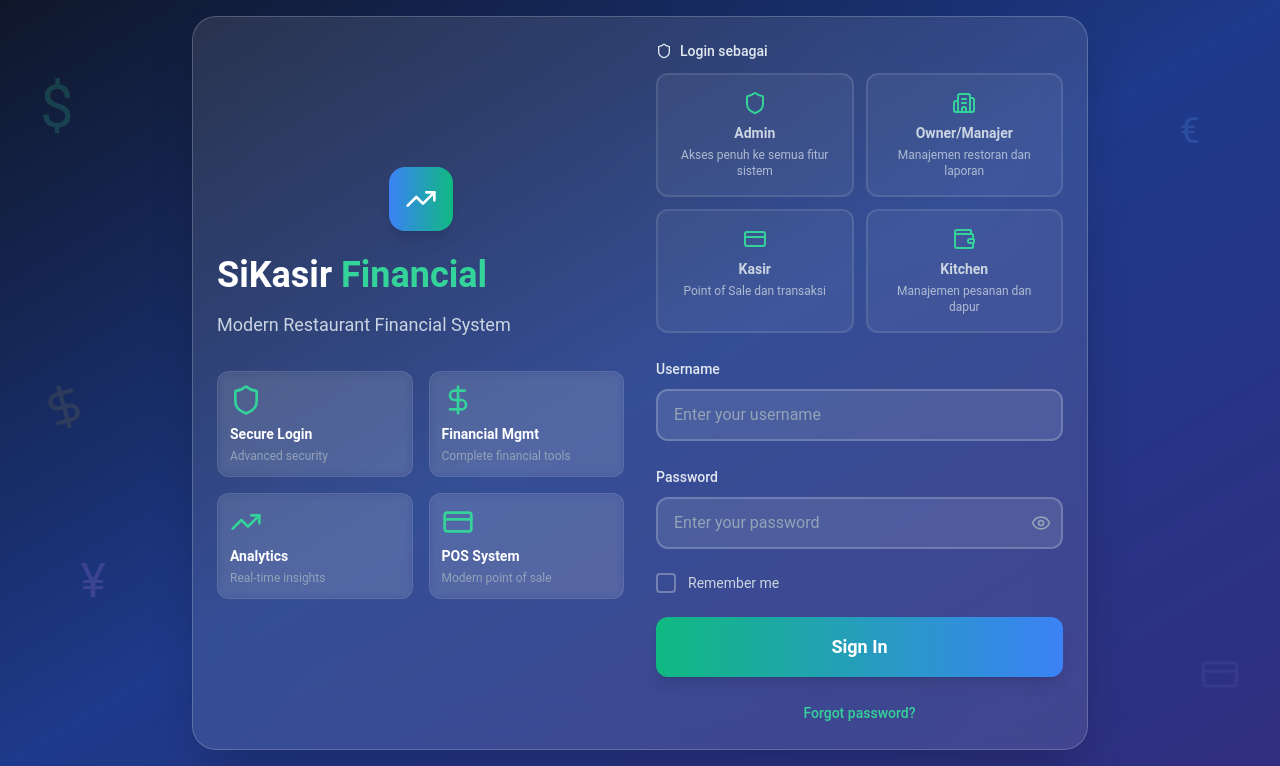
Repository: luthfirf17/SiKasir
Page: / (app in frontend/)
An editor plug-in stored every save of this project. The page is shown before and after the next save, followed by the edit.
The browser window is 1280 px wide. The pictures show the whole page.
The page's requests for data from a server got no answer. The project was rebuilt for these pictures with package versions that can differ from the ones it lists, and the page was loaded fresh each time. No one was signed in, and anything a server would have sent is missing. Also part of the build but not shown: frontend/src/modules/admin/config/navigationConfig.ts, frontend/src/modules/admin/components/ModernAdminNavigation.tsx, frontend/src/modules/admin/components/AdminNavbar.tsx, frontend/src/modules/admin/layouts/AdminLayout.tsx, frontend/src/modules/admin/pages/DashboardPage.tsx, frontend/src/services/MenuService.ts, frontend/src/utils/menuDataConverter.ts, frontend/src/hooks/useMenuData.ts and 19 more.

Above is the page before, as saved 2025-09-25 17:29:50.

After the next save:
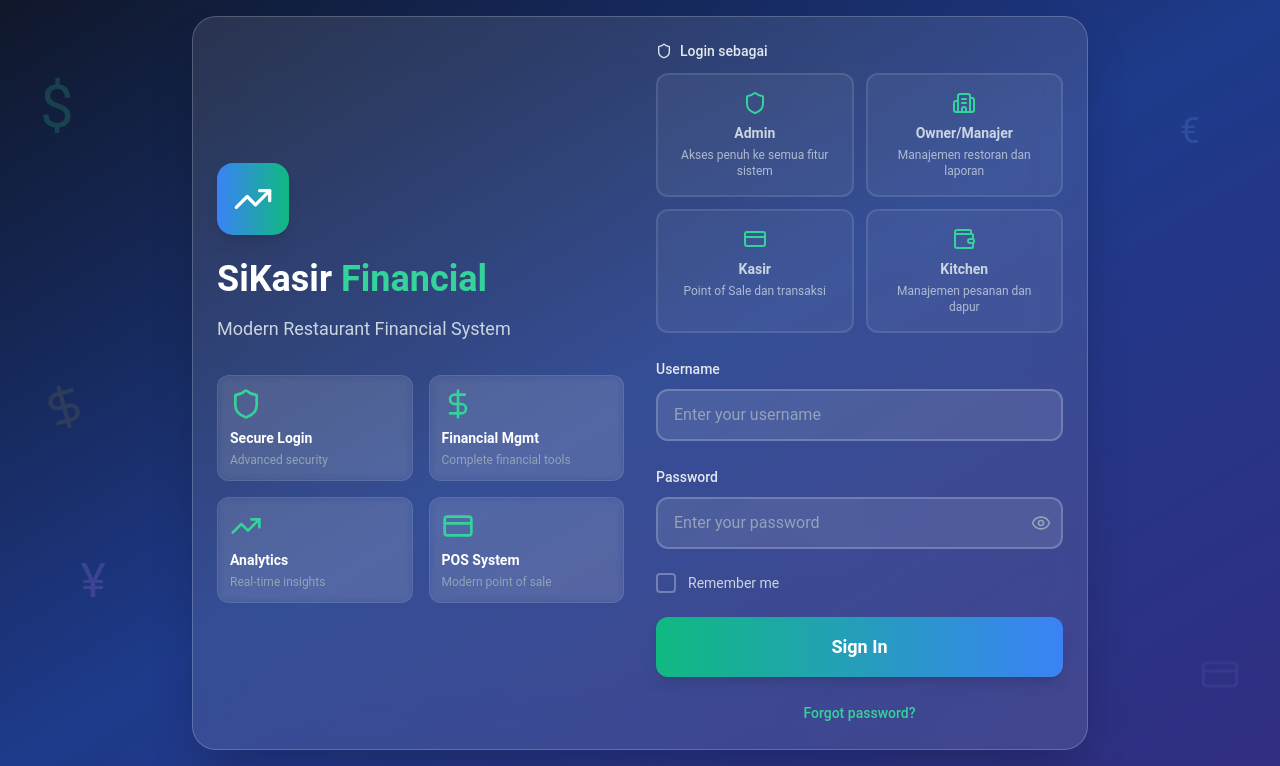
Saved 30 s later.
--- a/frontend/src/pages/LoginPage.tsx
+++ b/frontend/src/pages/LoginPage.tsx
@@ -199,9 +199,9 @@ const LoginPage = () => {
             {/* Left Side - Branding & Features */}
             <div className="space-y-8">
               <div className="text-center lg:text-left">
-                <div className="flex justify-center items-center gap-4 mb-6">
-                  <div className="p-4 bg-gradient-to-r from-blue-500 to-emerald-500 rounded-2xl shadow-lg transform hover:scale-110 transition-transform duration-300 mx-auto">
-                    <TrendingUp className="h-8 w-8 text-white" />
+                <div className="flex justify-center lg:justify-start mb-6">
+                  <div className="p-4 bg-gradient-to-r from-blue-500 to-emerald-500 rounded-2xl shadow-lg transform hover:scale-110 transition-transform duration-300">
+                    <TrendingUp className="h-10 w-10 text-white" />
                   </div>
                 </div>
                 <h1 className="text-3xl lg:text-4xl font-bold text-white mb-4">
@@ -281,14 +281,14 @@ const LoginPage = () => {
         <div className="absolute top-0 left-0 w-full h-2 bg-gradient-to-r from-blue-400 via-emerald-400 to-purple-400"></div>
 
         <div className="text-center mb-6">
-          <div className="flex justify-center items-center gap-4 mb-4">
+          <div className="flex justify-center mb-4">
             <div className="p-4 bg-gradient-to-r from-blue-500 to-emerald-500 rounded-2xl shadow-lg transform hover:scale-110 transition-transform duration-300">
               <TrendingUp className="h-8 w-8 text-white" />
             </div>
-            <h1 className="text-3xl font-bold text-white mb-0">
-              SiKasir
-            </h1>
-          </div>
+          </div>
+          <h1 className="text-3xl font-bold text-white mb-2">
+            SiKasir <span className="text-emerald-400">Financial</span>
+          </h1>
           <p className="text-slate-300 text-sm">
             Modern Restaurant Financial System
           </p>
